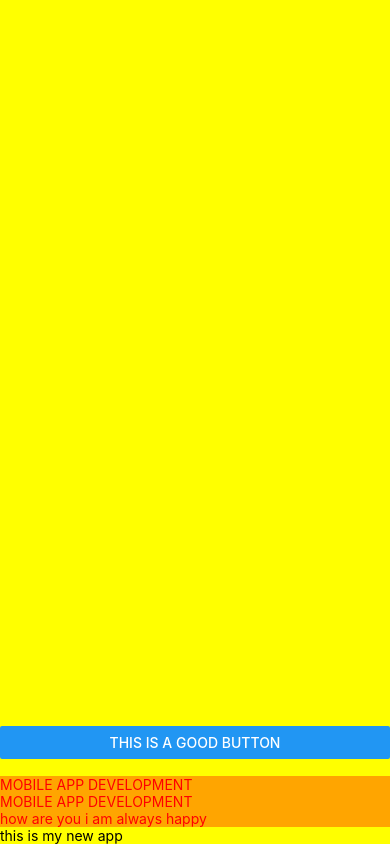
Repository: 2000-Nanayaw/MobileApp
Screen: /
An editor plug-in stored every save of this project. The screen is shown before and after the next save, followed by the edit.
The app was drawn by React Native's web renderer in a window 390 px wide. The project was rebuilt for these pictures with package versions that can differ from the ones it lists, and the page was loaded fresh each time.

Above is the screen before, as saved 2023-08-26 03:12:57.

### App.js
// import { StatusBar } from "expo-status-bar";
// import { Button, StyleSheet, Text, View, TextInput } from "react-native";

// function App() {
//   return (
//     <View style={styles.container}>
//       <View style={styles.container}>
//         <Text style={styles.color1}>SKY community school</Text>
//         <Button title="THIS IS MY NEW APP" />
//       </View>
//       <StatusBar style="auto" />
//     </View>
//   );
// }
// const styles = StyleSheet.create({
//   container: {
//     flex: 1,
//     backgroundColor: "steelblue",
//     alignItems: "center",
//     justifyContent: "center",
//   },
//   color1: {
//     color: "yellow",
//     backgroundColor: "red"
//   },
// });

// export default App;

import { StatusBar } from "expo-status-bar";
import { Button, Text, TextInput, View, StyleSheet } from "react-native";

function jsar() {
  return (
    <View style={style.container}>
      <Text>this is my new app</Text>
      <Text style={style.colors}>how are you i am always happy</Text>
      <Text style={style.colors}>MOBILE APP DEVELOPMENT</Text>
      <Text style={style.colors}>MOBILE APP DEVELOPMENT</Text>
      <TextInput title="MOBILE APP DEVELOPMENT" />
      <Button title="this is a good button" />
    </View>
  );
}
const style = StyleSheet.create({
  colors: {
    backgroundColor: "orange",
    color: "red",
  },
  container: {
    flex: 1,
    backgroundColor: "yellow",
    flexDirection: "column-reverse",
  },
});
export default jsar;

After the next save:
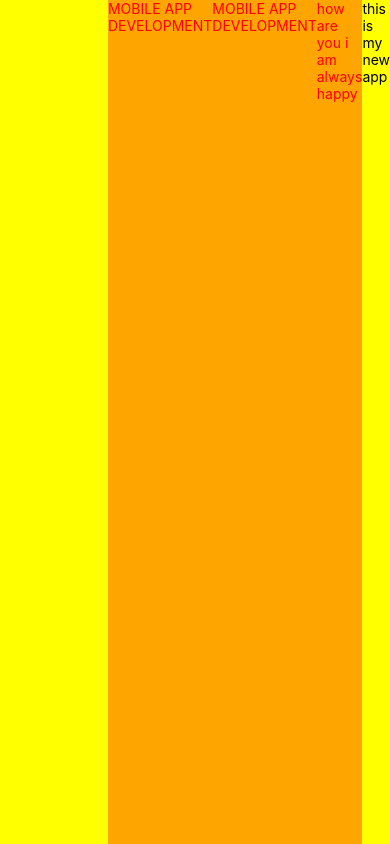
Saved 23 s later.
--- a/App.js
+++ b/App.js
@@ -50,7 +50,7 @@
   container: {
     flex: 1,
     backgroundColor: "yellow",
-    flexDirection: "column-reverse",
+    flexDirection: "row-reverse",
   },
 });
 export default jsar;

After the save that followed:
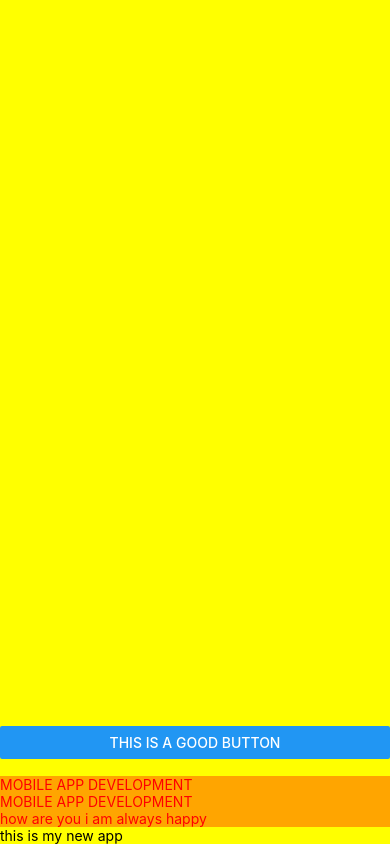
Saved 68 s later.
--- a/App.js
+++ b/App.js
@@ -50,7 +50,7 @@
   container: {
     flex: 1,
     backgroundColor: "yellow",
-    flexDirection: "row-reverse",
+    flexDirection: "column-reverse",
   },
 });
 export default jsar;
